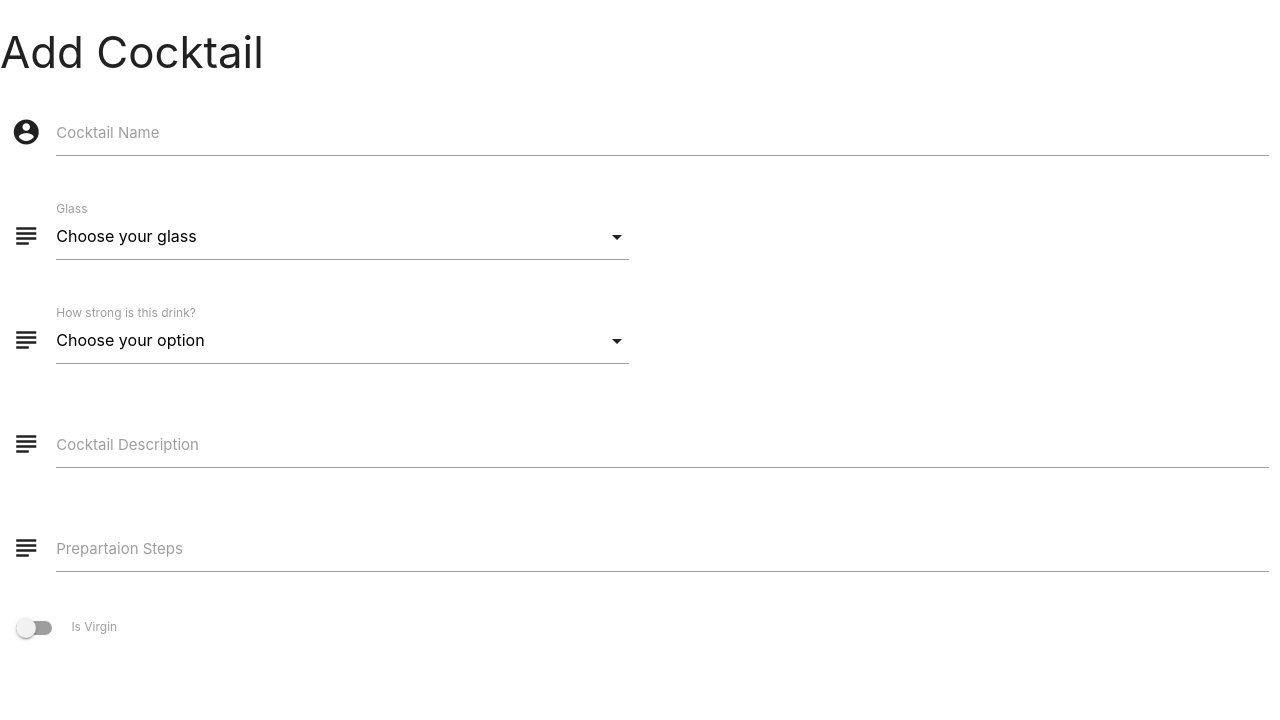
Repository: noblesaleka/cocktail_app
Page: http://localhost/add_cocktail
The author's editor kept a record of every edit. The page is drawn from the files as they stood at one moment, then again after the next edit.
The browser window is 1280 px wide. The pictures show the whole page.
The page is served by the project's application, run on Flask 3 (app.py). Queries for data that is not in the repository find no rows.

Above is the page before.

### templates/addCocktail.html
{% extends 'base.html' %} {% block content %}

<h3>Add Cocktail</h3>

<div class="row">
    <form class="col s12">
        <div class="row">
            <div class="input-field col s12">
                <i class="material-icons prefix">account_circle</i>
                <input id="cocktail_name" name="cocktail_name" type="text" class="validate">
                <label for="cocktail_name">Cocktail Name</label>
            </div>
        </div>

        <div class="row">
            <div class="input-field col s12 m6">
                <i class="material-icons prefix">subject</i>
                <select id= "glass_name" name = "glass_name" class="icons">
                  <option value="" disabled selected>Choose your glass</option>
                  {% for glass in glasses %}
                      <option value="{{glass.glass_name}}" data-icon="{{glass.image}}" class="left">{{glass.glass_name}}</option>
                  {% endfor %}
                </select>
                <label>Glass</label>
            </div>
        </div>

        <div class="row">
            <div class="input-field col s12 m6">
                <i class="material-icons prefix">subject</i>
                <select class="icons">
                  <option value="" disabled selected>Choose your option</option>
                  <option value="" data-icon="/static/images/glasses/martini.png" class="left">example 1</option>
                  <option value="" data-icon="/static/images/glasses/martini.png" class="left">example 2</option>
                  <option value="" data-icon="images/yuna.jpg" class="left">example 3</option>
                </select>
                <label>How strong is this drink?</label>
            </div>
        </div>


        <div class="row">
            <div class="input-field col s12">
                <i class="material-icons prefix">subject</i>
                <input id="cocktail_description" name="cocktail_description" type="text" class="validate">
                <label for="cocktail_description">Cocktail Description</label>
            </div>
        </div>

        <div class="row">
            <div class="input-field col s12">
                <i class="material-icons prefix">subject</i>
                <input id="preparation_steps" name="preparation_steps" type="text" class="validate">
                <label for="preparation_steps">Prepartaion Steps</label>
            </div>
        </div>

        <div class="row">
             <!-- Switch -->
          <div class="switch">
            <label>
              <input id ="is_virgin"  name = "is_virgin" type="checkbox">
              <span class="lever"></span>
              Is Virgin
            </label>
          </div>
        </div>

    </form>
</div>


{% endblock %}

### templates/base.html
<!DOCTYPE html>
<html>
    <head>
        <link href="https://fonts.googleapis.com/icon?family=Material+Icons" rel="stylesheet">
        <link rel="stylesheet" href="https://cdnjs.cloudflare.com/ajax/libs/materialize/1.0.0/css/materialize.min.css">
        <link rel="stylesheet" href="{{url_for('static', filename='css/style.css')}}" type='text/css'>

    </head>
    <body>
        {% block content %}
        {% endblock %}
        <script src="https://cdnjs.cloudflare.com/ajax/libs/jquery/3.5.0/jquery.min.js" integrity="sha256-xNzN2a4ltkB44Mc/Jz3pT4iU1cmeR0FkXs4pru/JxaQ=" crossorigin="anonymous"></script>
        <script src="https://cdnjs.cloudflare.com/ajax/libs/materialize/1.0.0/js/materialize.min.js"></script>
        <script type = "text/javascript">
        $(document).ready(function(){
            $('.collapsible').collapsible();
            $('select').formSelect();

        });
        </script>

    </body>
</html>

### app.py
import os
from flask import Flask, render_template, redirect, request, url_for
from flask_pymongo import PyMongo
from bson.objectid import ObjectId



app = Flask(__name__)

#link database to application
app.config["MONGO_DBNAME"] = 'cocktailHandbook'
app.config["MONGO_URI"] = 'mongodb+srv://root:excellent0909@cluster0-dxqrw.mongodb.net/cocktailHandbook?retryWrites=true&w=majority'

#instance of PyMongo
mongo = PyMongo(app)

#connection to database default function
@app.route('/')
@app.route('/get_tasks')
def get_cocktails():
    return render_template("cocktails.html", cocktails=mongo.db.cocktails.find())

#display addCocktail page
@app.route('/add_cocktail')
def add_cocktail():
    return render_template("addCocktail.html",
    glasses=mongo.db.glass.find())

#add new cocktail button functionality
@app.route('/insert_cocktail', methods=['POST'])
def insert_cocktail():
    cocktails = mongo.db.cocktails
    cocktails.insert_one(request.form.to_dict())
    return redirect(url_for('get_cocktails'))

#edit button functionality
@app.route('/edit_cocktail/<cocktail_id>')
def edit_cocktail(cocktail_id):
    the_cocktail = mongo.db.cocktails.find_one({"_id": ObjectId(cocktail_id)})
    all_categories = mongo.db.categories.find()
    return render_template('editCocktail.html', cocktail = the_cocktail, categories = all_categories)

@app.route('/update_cocktail/<cocktail_id>', methods=["POST"])
def update_cocktail(cocktail_id):
    cocktail = mongo.db.cocktails
    cocktail.update_cocktail( {'_id': ObjectId(cocktail_id)},
       {
        'cocktail_name' : request.form.get['cocktail_name'],
        'glass_name' : request.form.get['glass_name'],
        'cocktail_description' : request.form.get['cocktail_description'],
        'preparation_steps' : request.form.get['preparation_steps'],
        'is_virgin' : request.form.get['is_virgin']
        })
    return redirect(url_for('get_cocktails'))

@app.route('/delete_cocktail/<cocktail_id>')
def delete_cocktail(cocktail_id):
    mongo.db.cocktails.remove({'_id': ObjectId(cocktail_id)})
    return redirect(url_for('get_cocktails'))

@app.route('/get_glasses')
def get_glasses():
    return render_template('glasses.html',
    glasses=mongo.db.glass.find())

@app.route('/edit_glasses/<glass_id>')
def edit_glass(glass_id):
    return render_template('editglass.html',
    glass = mongo.db.glass.find_one({'_id': ObjectId(glass_id)}))

@app.route('/update_glass/<glass_id>', methods=["POST"])
def update_glass(glass_id):
    mongo.db.glass.update(
        {'_id' : ObjectId(glass_id)},
        {'glass_name': request.form.get('glass_name')})
    return redirect(url_for('get_glasses'))

@app.route('/delete_glass/<glass_id>')
def delete_glass(glass_id):
    mongo.db.glass.remove({'_id' : ObjectId(glass_id)})
    return redirect(url_for('get_glasses'))

@app.route('/insert_glass', methods=["POST"])
def insert_glass():
    glasses = mongo.db.glass
    glass_doc = {'glass_name': request.form.get['glass_name']}
    glasses.insert_one(glass_doc)
    return redirect(url_for('get_glasses'))

@app.route("/add_glass")
def add_glass():
    return render_template('addglass.html')


if __name__ == '__main__':
    app.run(host = os.environ.get('IP'),
    port=int(os.environ.get('PORT')),
    debug=True)

### static/css/style.css
/*body {*/
/*    background-color: red;*/
/*}*/

.btn_small {
    height: 34px;
    width: 60px;
    line-height: 24px;
    margin: 5px 5px;
    padding: 0 0.5em;
}

After the next edit:
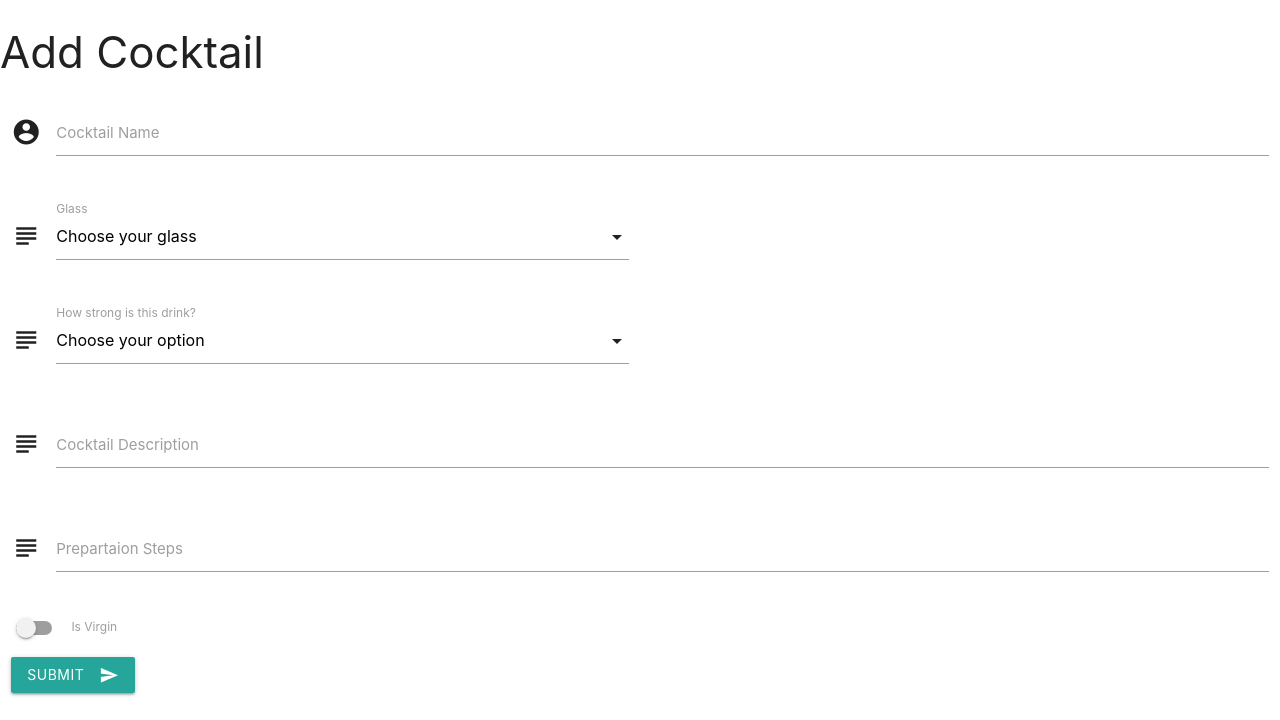
The edit:
--- a/templates/addCocktail.html
+++ b/templates/addCocktail.html
@@ -66,6 +66,12 @@
           </div>
         </div>
 
+
+        <button class="btn waves-effect waves-light" type="submit" name="action">Submit
+            <i class="material-icons right">send</i>
+        </button>
+
+
     </form>
 </div>
 
